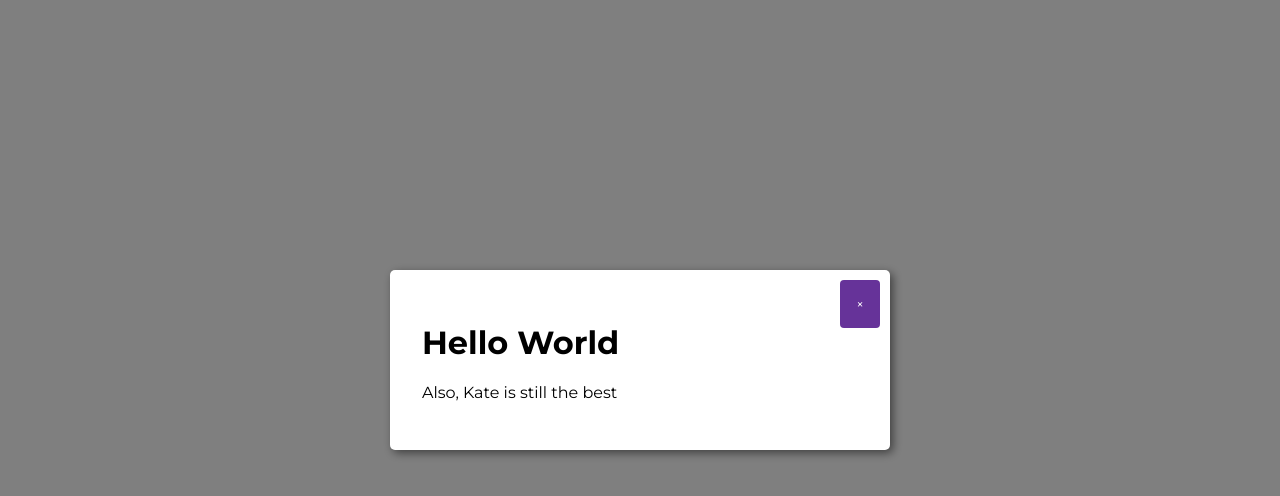
Repository: kate30980/js-practice
Page: popup-modal/index.html
An editor plug-in stored every save of this project. The page is shown before and after the next save, followed by the edit.
The browser window is 1280 px wide. The pictures show the whole page.

Above is the page before, as saved 2021-08-28 23:24:01.

### popup-modal/index.html
<!DOCTYPE html>
<html lang="en">

<head>
    <meta charset="UTF-8">
    <meta http-equiv="X-UA-Compatible" content="IE=edge">
    <meta name="viewport" content="width=device-width, initial-scale=1.0">
    <title>Popup-Modal</title>
    <link rel="stylesheet" href="style.css">
    <script src="script.js" defer></script>
</head>

<body>
    <button id="open">Open</button>

    <div class="popup-container">
        <div class="popup">
            <button id="close">&times;</button>
            <h1>Hello World</h1>
            <p>Also, Kate is still the best</p>
        </div>
    </div>
</body>

</html>

### popup-modal/style.css
 @import url('https://fonts.googleapis.com/css2?family=Montserrat:wght@300;400;600;700&display=swap');
*{
    box-sizing: border-box;
}
body{
    display: flex;
    align-items: center;
    justify-content: center;
    font-family: 'Montserrat', sans-serif;
    margin: 0;
    min-height:100vh;
}
button{
    background-color: rebeccapurple;
    color: white;
    padding: 1rem;
    border-radius: 4px;
    border:none !important;
    font-family: inherit;
    cursor: pointer;
}
.popup-container{
    position: fixed;
    top: 0;left: 0;bottom: 0;right: 0;
    background-color: rgba(0,0,0,0.5);
    display: flex;
    justify-content: center;
    align-items: center;
}
.popup{
    border-radius: 5px;
    background-color: white;
    padding: 2rem;
    width: 500px;
    box-shadow: 3px 3px 10px rgba(0,0,0,0.5);
    position: relative;
}
.popup button{
    position: absolute;
    top: 10px;
    right: 10px;
}

Loaded but not shown: popup-modal/script.js (no stored copy; drawn as an empty file)

After the next save:
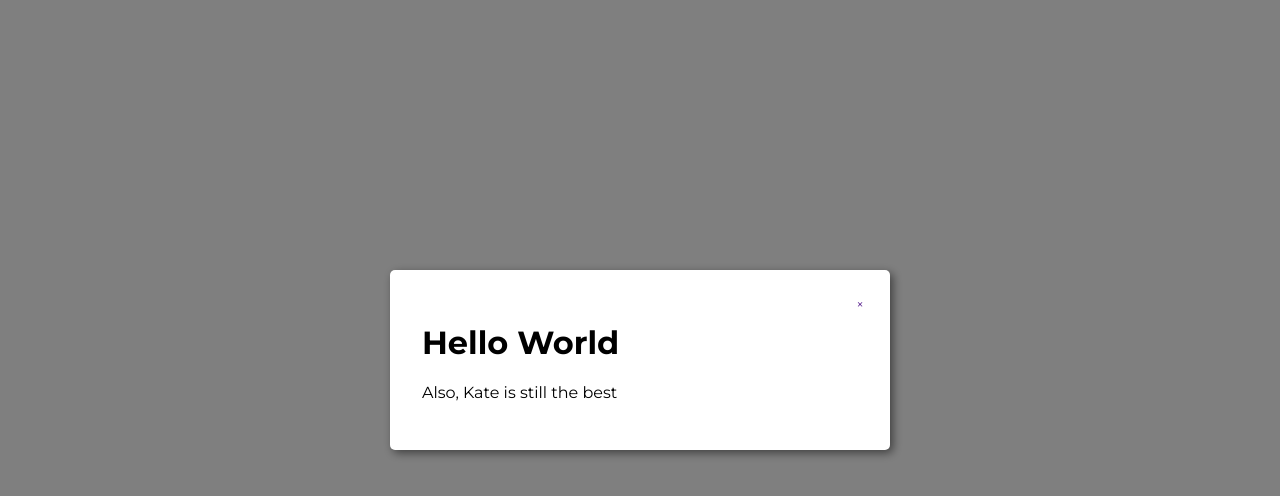
Saved 28 s later.
--- a/popup-modal/style.css
+++ b/popup-modal/style.css
@@ -36,6 +36,8 @@
     position: relative;
 }
 .popup button{
+    background-color: white;
+    color: rebeccapurple;
     position: absolute;
     top: 10px;
     right: 10px;
